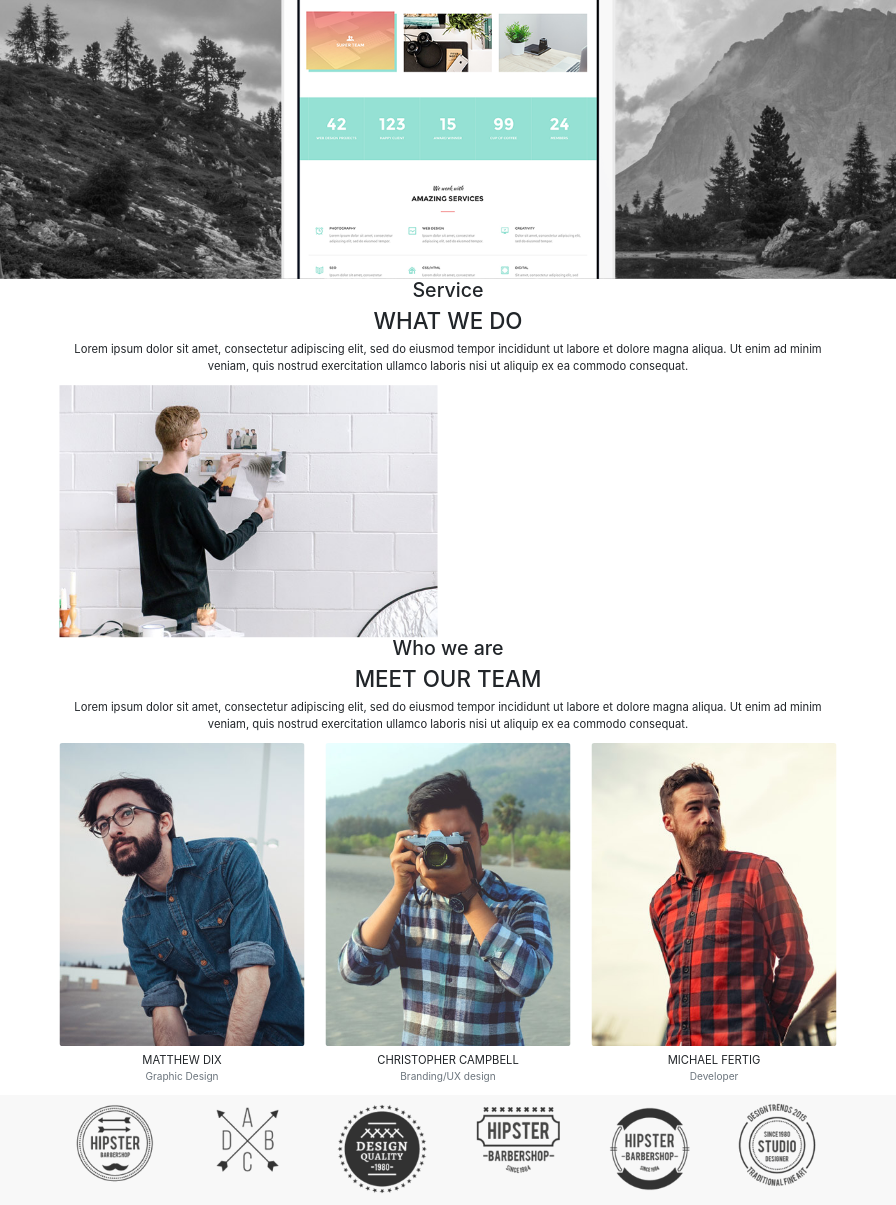
Repository: nourabdelhakam/MoGo-template
Page: index.html
The author's editor kept a copy of each file at every save. The page is drawn from the files as they stood at one save, then again after the next save.
The browser window is 1280 px wide. The pictures show the part of the page from y = 825 to 2745 px (the page is 2547 px tall before and 2745 px after), at 70% of full size.
Some web libraries are served in a nearby version. The style sheet was rebuilt from its Sass, Less or Tailwind sources for each picture, by a compiler version that may differ from the author's.

Above is the page before, as saved 2021-02-21 21:04:37.

After the next save:
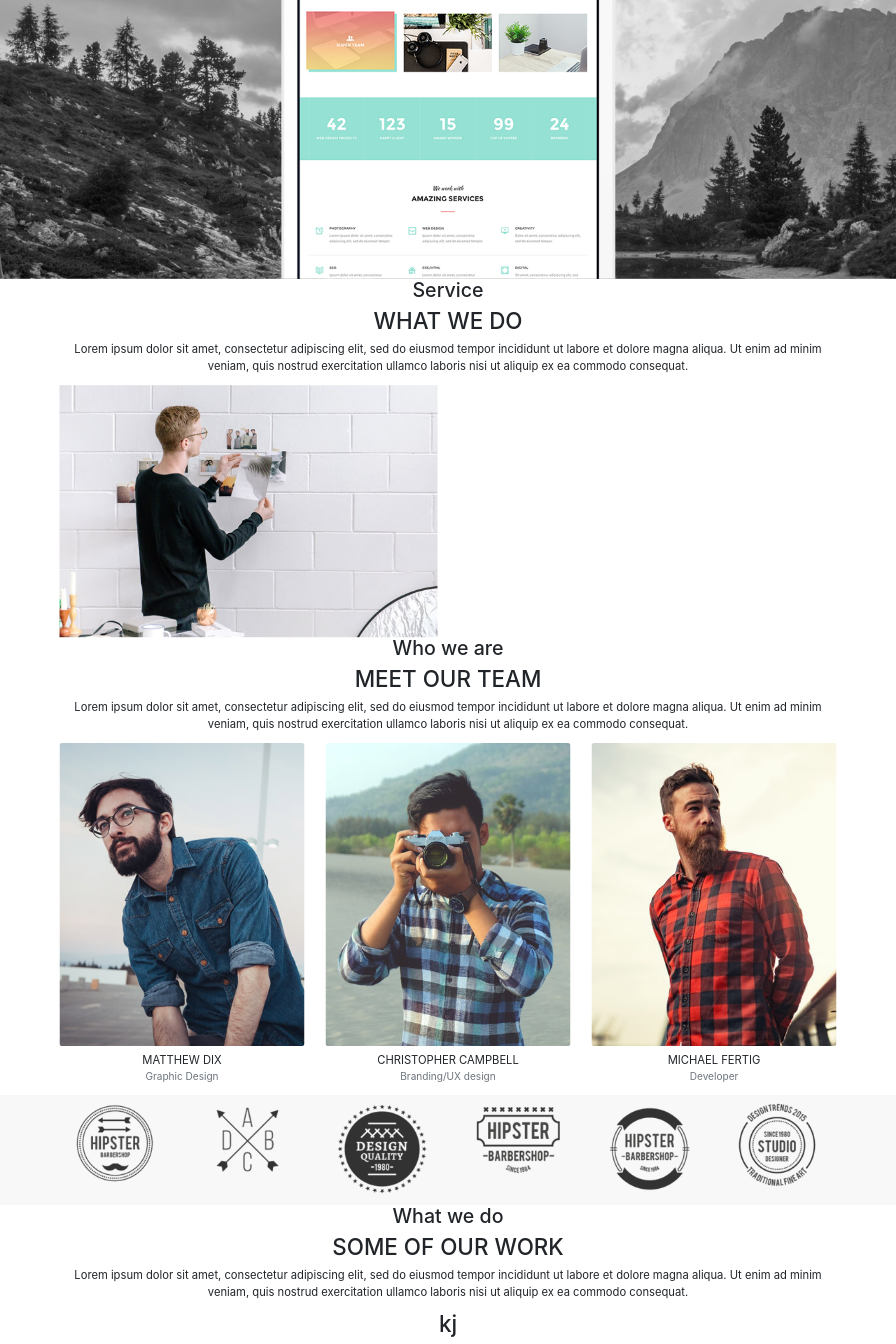
Saved 10 min 4 s later.
--- a/index.html
+++ b/index.html
@@ -195,6 +195,17 @@
     </section>
     <!-- END OF BRANDS -------------------------------------------------------------->
 
+    <!-- What we do -------------------------------------------------------------------->
+    <section class="text-center">
+        <div class="container">
+            <h3>What we do</h3>
+            <h2>SOME OF OUR WORK</h2>
+            <p>Lorem ipsum dolor sit amet, consectetur adipiscing elit, sed do eiusmod tempor incididunt ut labore et dolore magna aliqua. Ut enim ad minim veniam, quis nostrud exercitation ullamco laboris nisi ut aliquip ex ea commodo consequat.</p>
+        </div>
+        <h2>kj</h2>
+    </section>
+    <!-- End OF What we do -------------------------------------------------------------------->
+
    <!----------------------.------------------------------------------- -- -->
    <script src="js/jquery-3.5.1.slim.min.js"></script>
    <script src="js/popper.min.js"></script>
